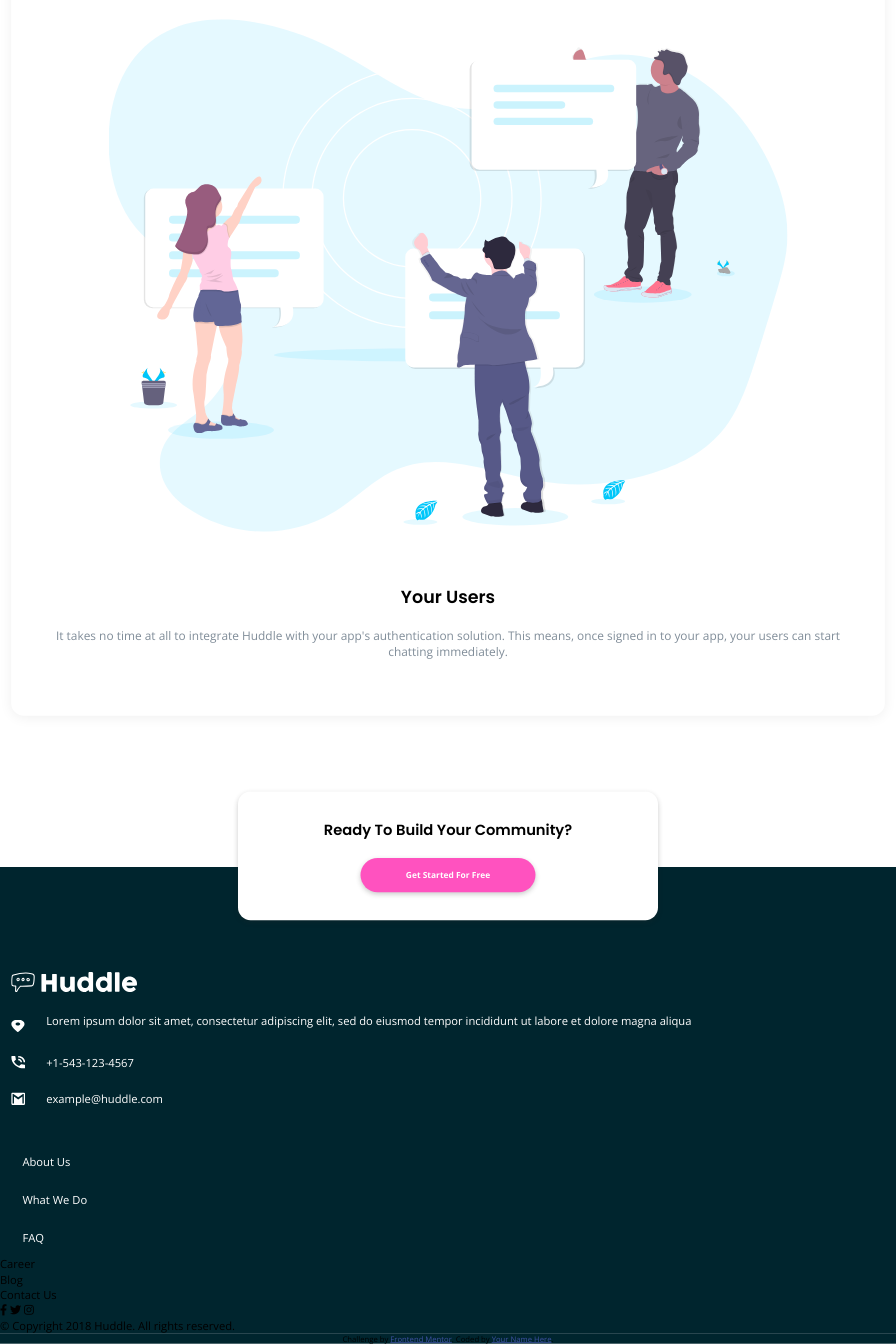
Repository: DejV44/Huddle-landing-page
Page: index.html
The author's editor kept a copy of each file at every save. The page is drawn from the files as they stood at one save, then again after the next save.
The browser window is 1280 px wide. The pictures show the part of the page from y = 3621 to 5541 px (the page is 5541 px tall before and 5474 px after), at 70% of full size.
The style sheet was rebuilt from its Sass, Less or Tailwind sources for each picture, by a compiler version that may differ from the author's.

Above is the page before, as saved 2021-08-20 12:45:36.

### index.html
<!DOCTYPE html>
<html lang="en">
<head>
  <meta charset="UTF-8">
  <meta name="viewport" content="width=device-width, initial-scale=1.0"> <!-- displays site properly based on user's device -->
  <link rel="stylesheet" href="/css/style.css">
  <link rel="stylesheet" href="/fontawesome-free-5.15.3-web/css/all.css">
  <link rel="icon" type="image/png" sizes="32x32" href="./images/favicon-32x32.png">

  <title>Frontend Mentor | Huddle landing page with alternating feature blocks</title>

</head>
<body>
  <header>
    <div class="nav">
      <div class="logo">
        <img src="/images/logo.svg" alt="logo">
      </div>
      <a href="#">Try It Free</a>
    </div>
    <content class="main">
      <article class="building">
        <h1>Build The Community Your Fans Will Love</h1>
        <h3> Huddle re-imagines the way we build communities. You have a voice, but so does your audience.
        Create connections with your users as you engage in genuine discussion.</h3>
        <a class="main-btn" href="#">Get Started For Free</a>
      </article>
      <div class="img-main">
        <img class="img" src="/images/illustration-mockups.svg" alt="">
      </div>
    </content>

  </header>
  <section class="cards">
    <div class="card-one">
      <div class="img-cards">
        <img src="/images/illustration-grow-together.svg" alt="">
      </div>
      <content class="card">
        <h2>Grow Together</h2>
        <p>Generate meaningful discussions with your audience and build a strong, loyal community.
        Think of the insightful conversations you miss out on with a feedback form.</p>
      </content>
    </div>
    <div class="card-two">
      <div class="img-cards">
        <img src="/images/illustration-flowing-conversation.svg" alt="">
      </div>
      <content class="card">
        <h2>Flowing Conversations</h2>
        <p>You wouldn't paginate a conversation in real life, so why do it online? Our threads
        have just-in-time loading for a more natural flow.</p>
      </content>
    </div>
    <div class="card-three">
      <div class="img-cards">
        <img src="/images/illustration-your-users.svg" alt="">
      </div>
      <content class="card">
        <h2>Your Users</h2>
        <p>It takes no time at all to integrate Huddle with your app's authentication solution.
        This means, once signed in to your app, your users can start chatting immediately.</p>
      </content>
    </div>
    <container class="ready">
      <h2>Ready To Build Your Community?</h2>
      <a href="#">Get Started For Free</a>
    </container>
  </section>
  <footer>
    <container class="footer">
      <div class="section1">
        <img src="/images/logoWhite.svg" alt="logo">
        <div class="info">
          <img src="/images/icon-location.svg" alt="location">
          <p>Lorem ipsum dolor sit amet, consectetur adipiscing elit, sed do eiusmod tempor
          incididunt ut labore et dolore magna aliqua</p>
        </div>
        <div class="phone">
          <img src="/images/icon-phone.svg" alt="phone">
          <a href="tel:+1-543-123-4567">+1-543-123-4567</a>
        </div>
        <div class="mail">
          <img src="/images/icon-email.svg" alt="email">
          <a href="example@huddle.com">example@huddle.com</a>
        </div>
      </div>
      <div class="section2">
        <ul>
          <li>About Us</li>
          <li>What We Do</li>
          <li>FAQ</li>
        </ul>
      </div>
      <div class="section3">
        <ul>
          <li>Career</li>
          <li>Blog</li>
          <li>Contact Us</li>
        </ul>
      </div>
      <div class="copyright">
        <div class="social">
          <span><i class="fab fa-facebook-f"></i></span>
          <span><i class="fab fa-twitter"></i></span>
          <span><i class="fab fa-instagram"></i></span>
        </div>
        <p>&copy; Copyright 2018 Huddle. All rights reserved.</p>
      </div>
    </container>
  </footer>













  <footer>
    <p class="attribution">
      Challenge by <a href="https://www.frontendmentor.io?ref=challenge" target="_blank">Frontend Mentor</a>.
      Coded by <a href="#">Your Name Here</a>.
    </p>
  </footer>
</body>
</html>

### css/style.scss
* {
    margin: 0;
    padding: 0;
    //font-family: 'Poppins', sans-serif;
    -webkit-font-smoothing: antialiased;
}

body {
    font-family: 'Open Sans', sans-serif;
}

// ---FONTS---
@import url('https://fonts.googleapis.com/css2?family=Open+Sans:wght@400;700&display=swap');
@import url('https://fonts.googleapis.com/css2?family=Poppins:wght@600&display=swap');

@import "variables";
@import "mixin";

@import "cards";
@import "header";
@import "footer";

### css/_variables.scss
$Pink: hsl(322, 100%, 66%);
$VeryPaleCyan: hsl(193, 100%, 96%);
$VeryDarkCyan: hsl(192, 100%, 9%);
$GrayishBlue: hsl(208, 11%, 55%);

### css/_mixin.scss
@mixin cards {
    display: flex;
    flex-direction: column;
    margin: 3rem auto 1rem auto;
    text-align: center;
    box-shadow: rgba(0, 0, 0, 0.068) 0px 2px 18px;
    border-radius: 18px;
    align-items: center;



    .card {
        display: block;
        margin: auto 3rem;
        h2 {
            padding-bottom: 1.5rem;
            font-size: 25px;
            font-family: 'Poppins', sans-serif
        }
        p {
            display: block;
            font-size: 17px;
            color: $GrayishBlue;
            padding-bottom: 3rem;
            margin-bottom: 2rem;

        }
    }
    .img-cards {
        display: block;
        padding: 30px 50px;
        margin: auto;

            img {
                width: 90%;
                margin: 40px auto;
            }
    }
}

### css/_cards.scss
.cards {
    padding: 1rem;
    margin: 0 auto;
    box-sizing: border-box;


    .card-one, .card-two, .card-three {
        @include cards;
    }

    .ready {
        display: block;
        box-sizing: border-box;
        text-align: center;
        transform: translateY(50%);
        background-color: white;
        margin: 0 auto;
        padding: 1rem 1rem;
        box-shadow: rgba(39, 39, 39, 0.24) 0px 3px 8px;
        max-width: 600px;
        text-align: center;
        align-items: center;
        border-radius: 18px;
        h2 {
            font-size: 21px;
            font-family: 'Poppins', sans-serif;
            margin: 1.5rem auto;
        }

        a {
            display: block;
            text-decoration: none;
            font-weight: 600;
            font-size: 12px;
            margin: 1.5rem auto;
            padding: 1rem 0;
            max-width: 250px;
            border-radius: 30px;
            background: $Pink;
            color: white;
            box-shadow: rgba(39, 39, 39, 0.24) 0px 3px 8px;
        }
    }

}

### css/_header.scss
header {
    background: url(/images/bg-hero-mobile.svg);
    background-color: rgb(241, 241, 255);
    background-size: contain;
    background-position: center;
    background-repeat: no-repeat;
    text-align: center;

    .nav {
        display: flex;
        justify-content: space-between;
        padding: 2rem 1.6rem;


        img {
            width: 120px;
        }

        a {
            text-decoration: none;
            font-size: 13px;
            font-weight: 600;
            margin-top: -4px;
            padding: 0.3rem 1.7rem;
            background-color: white;
            border-radius: 25px;
            box-shadow: rgba(99, 99, 99, 0.24) 0px 3px 8px;
        }

    }
    .main {

        margin: 0 auto;

        .building {
            margin: 4rem 3rem 2rem 3rem;



            h1 {
                margin: 0 1rem;
                font-size: 28px;
                font-family: 'Poppins', sans-serif
            }

            h3 {
                font-weight: 400;
                font-size: 18px;
                margin: 1.5rem 0;
                line-height: 30px;
            }

            .main-btn {

                display: block;
                text-decoration: none;
                font-weight: 600;
                font-size: 12px;
                margin: 1.5rem auto;
                padding: 1rem 0;
                max-width: 280px;
                border-radius: 30px;
                background: $Pink;
                color: white;
                box-shadow: rgba(39, 39, 39, 0.24) 0px 3px 8px;
            }

        }
        .img-main {
            padding: 15px 50px;

            .img {
                width: 100%;
                margin-bottom: 40px;
            }
        }
    }


}

### css/_footer.scss
footer {
    background-color: $VeryDarkCyan;
     .section1 {
         padding: 150px 1rem 30px 1rem;
         color: white;

         img {
             width: 180px;
             padding-bottom: 1.5rem;
         }

         .info, .phone, .mail {
             display: flex;
              img {
                  width: 20px;
                  height: 18px;
                  margin-right: 30px;
                  margin-top: 10px;
              }
              p {
                  padding-bottom: 30px;
              }
              a {
                  text-decoration: none;
                  margin-top: 8px;
                  color: white;
              }
         }



    }

    .section2 {
        ul {
            list-style: none;
            color: white;
            padding-left: 1rem;
            li {
                padding: 1em;
            }
        }
    }
}





.attribution {
    font-size: 11px; text-align: center;
}
.attribution a {
    color: hsl(228, 45%, 44%);
}

Loaded but not shown: fontawesome-free-5.15.3-web/css/all.css (library)

After the next save:
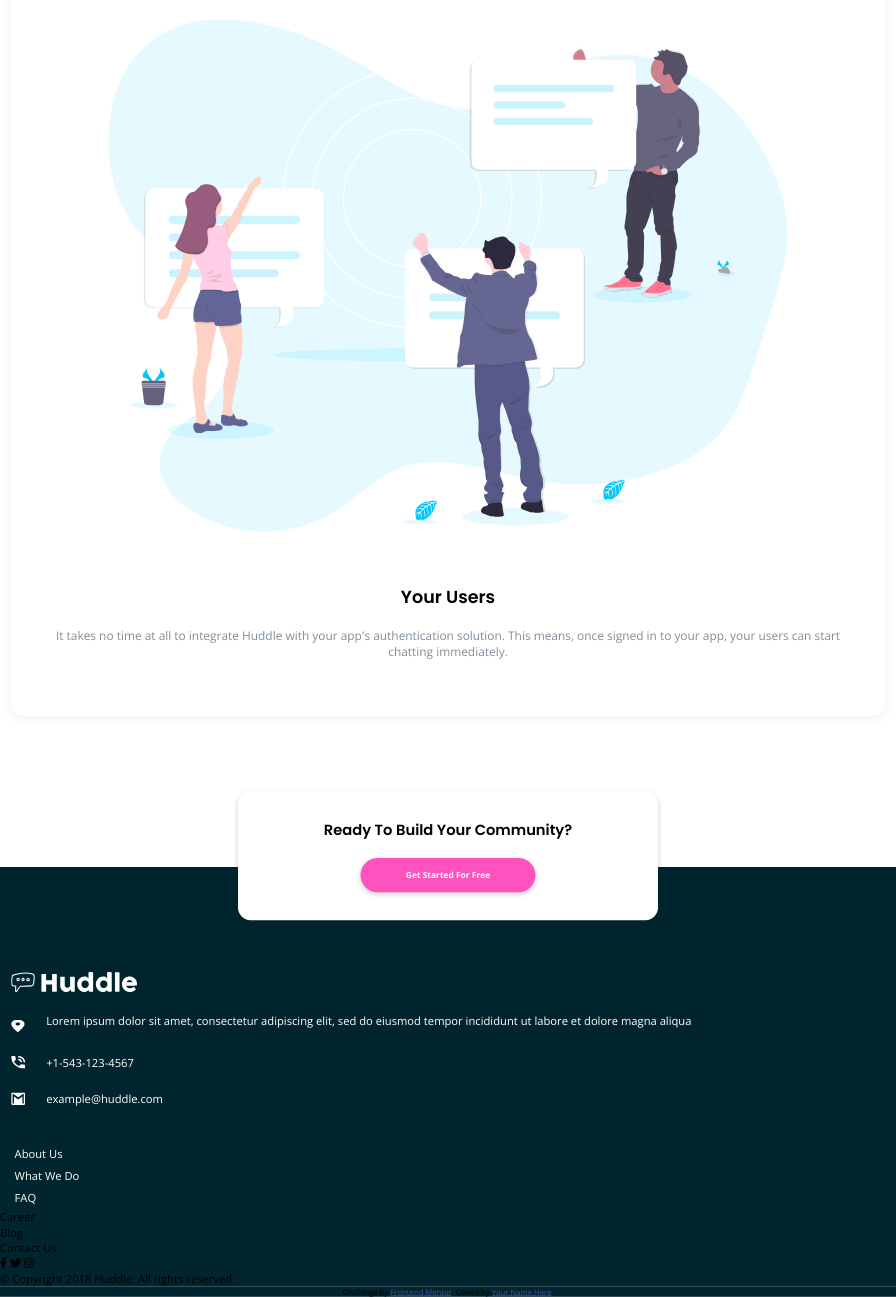
Saved 7 s later.
--- a/css/_footer.scss
+++ b/css/_footer.scss
@@ -37,7 +37,7 @@ footer {
             color: white;
             padding-left: 1rem;
             li {
-                padding: 1em;
+                padding: 0.3em;
             }
         }
     }
